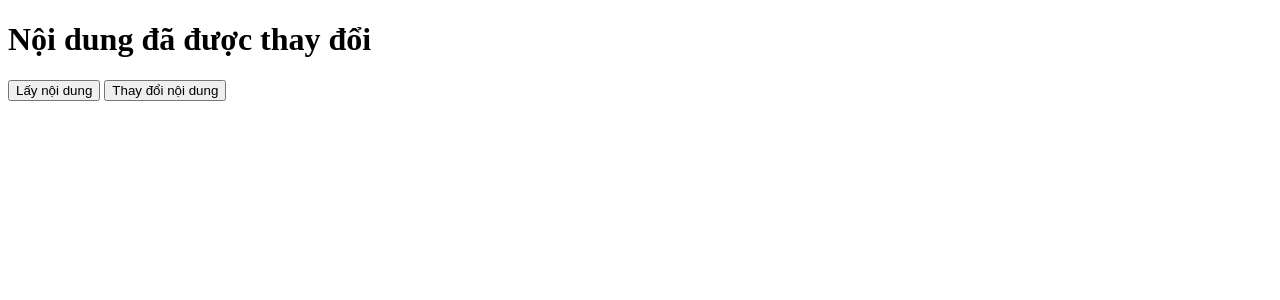
Repository: Pr-DuyTam/HTML-CSS-JS-PHP
Page: Javascript/Lập trình hướng đối tượng trong JS/Thay đổi và lấy nội dung bên throng thẻ HTML(48).htm
The author's editor kept a copy of each file at every save. The page is drawn from the files as they stood at one save, then again after the next save.
The browser window is 1280 px wide. The pictures show the whole page.
After loading, the first visible `#set_a` was clicked once.

Above is the page before, as saved 2023-08-18 09:21:48.

After the next save:
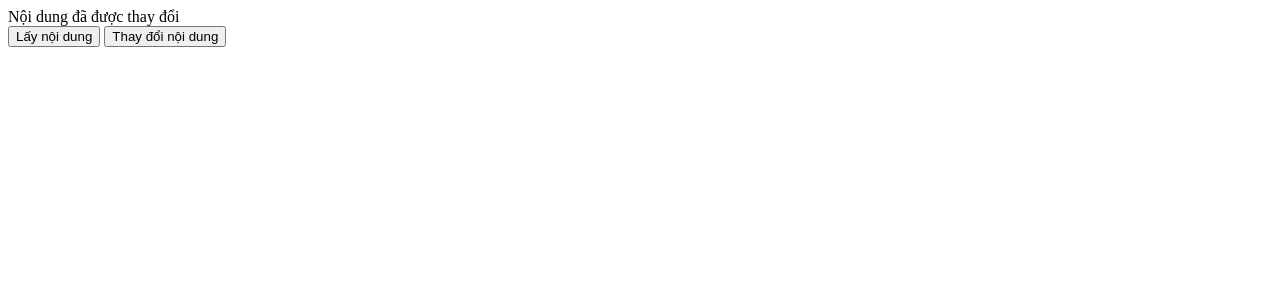
Saved 40 s later.
--- a/Javascript/Lập trình hướng đối tượng trong JS/Thay đổi và lấy nội dung bên throng thẻ HTML(48).htm
+++ b/Javascript/Lập trình hướng đối tượng trong JS/Thay đổi và lấy nội dung bên throng thẻ HTML(48).htm
@@ -8,7 +8,7 @@
 <body>
     <script>
         function set_a(){
-            document.getElementById("a").innerHTML = "<h1>Nội dung đã được thay đổi</h1>";
+            document.getElementById("a").innerHTML = "Nội dung đã được thay đổi";
         }
         function get_a(){
             var html = document.getElementById("a").innerHTML;

After the 3 saves that followed:
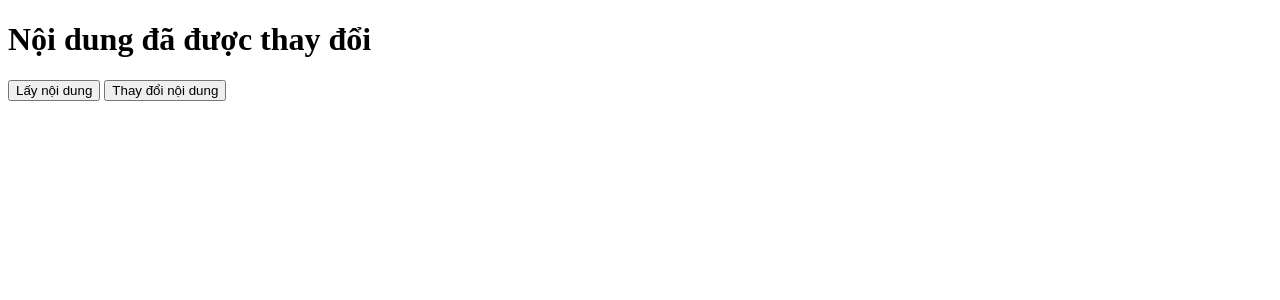
The 3 saves are shown as one change because 2 left the picture as it was.
The last was saved 2 min 11 s later.
--- a/Javascript/Lập trình hướng đối tượng trong JS/Thay đổi và lấy nội dung bên throng thẻ HTML(48).htm
+++ b/Javascript/Lập trình hướng đối tượng trong JS/Thay đổi và lấy nội dung bên throng thẻ HTML(48).htm
@@ -4,11 +4,17 @@
     <meta charset="UTF-8">
     <meta name="viewport" content="width=device-width, initial-scale=1.0">
     <title>Thay đổi và lấy nội dung bên trong thẻ HTML</title>
+
+    <style>
+        a.{
+            color: red;
+        }
+    </style>
 </head>
 <body>
     <script>
         function set_a(){
-            document.getElementById("a").innerHTML = "Nội dung đã được thay đổi";
+            document.getElementById("a").innerHTML = "<h1>Nội dung đã được thay đổi</h1>";
         }
         function get_a(){
             var html = document.getElementById("a").innerHTML;
